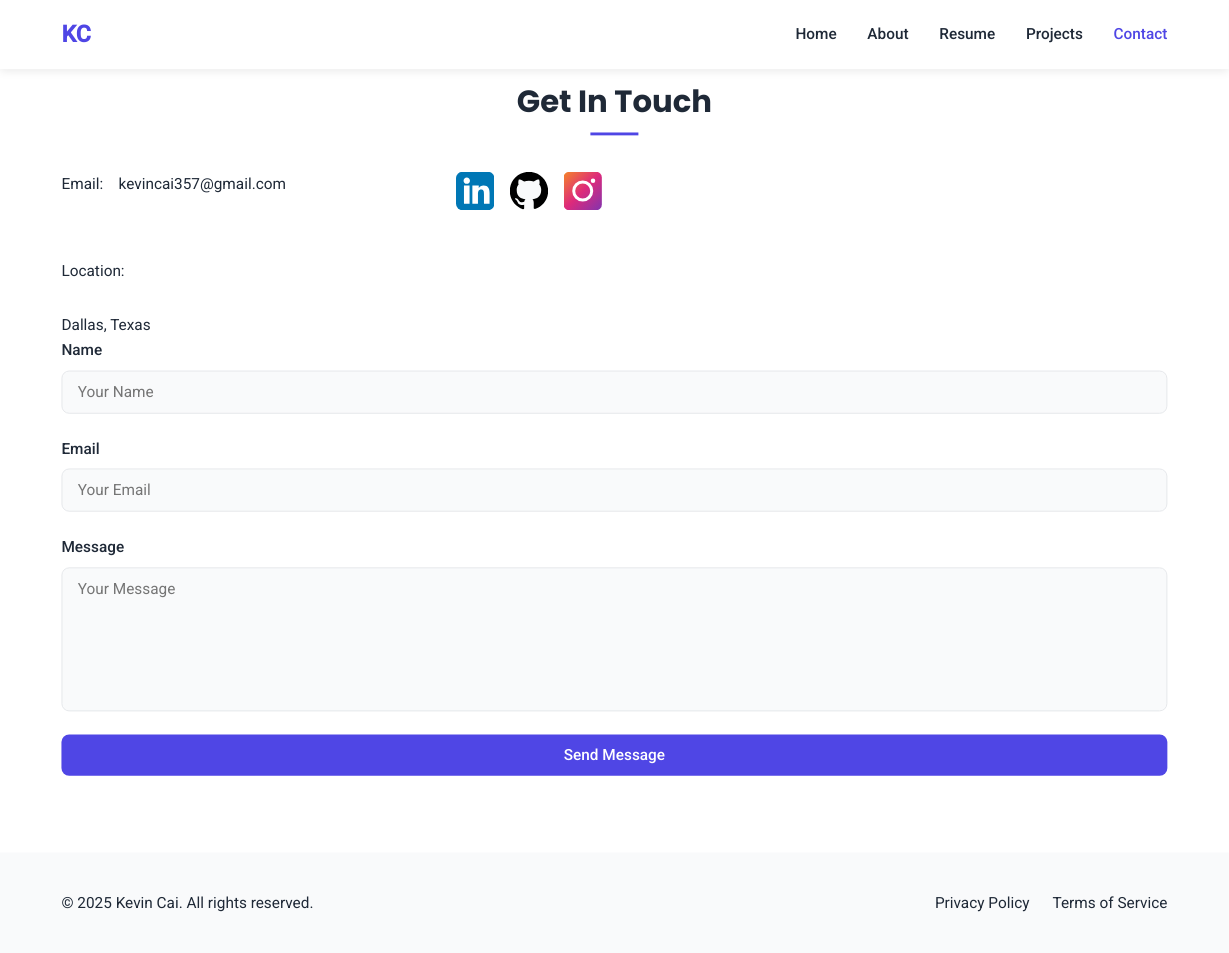
Repository: itskevbo/E-Portfolio
Page: pages/contact.html
The author's editor kept a copy of each file at every save. The page is drawn from the files as they stood at one save, then again after the next save.
The browser window is 1280 px wide. The pictures show the whole page, at 96% of full size.

Above is the page before, as saved 2025-04-22 23:03:13.

After the next save:
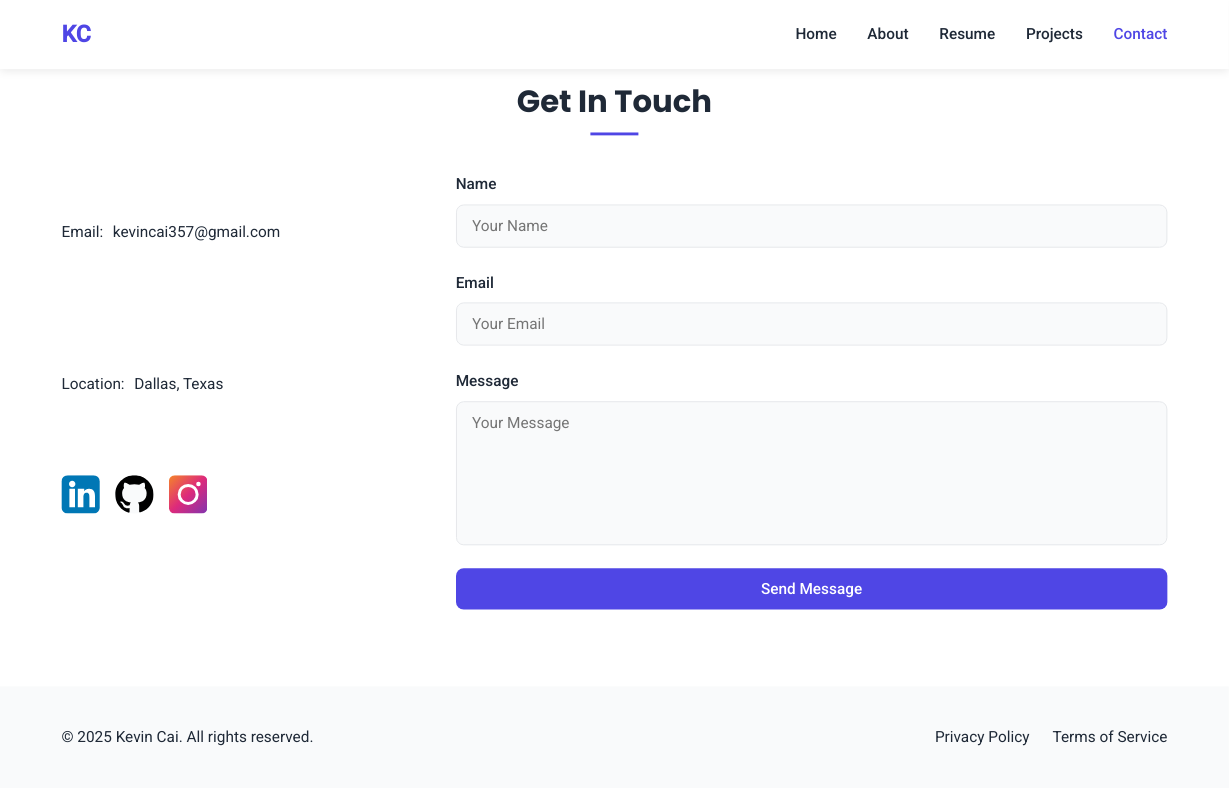
Saved 4 s later.
--- a/pages/contact.html
+++ b/pages/contact.html
@@ -50,11 +50,11 @@
                 <h2 class="section__title">Get In Touch</h2>
                 <div class="contact__content">
                     <div class="contact__info">
-                        <div class="contact__info-item">
+                        <div class="contact__info-item" style="display: flex; align-items: center; gap: 10px;">
                             <span class="icon">Email:</span>
                             <a href="mailto:kevincai357@gmail.com">kevincai357@gmail.com</a>
                         </div>
-                        <div class="contact__info-item"></div>
+                        <div class="contact__info-item" style="display: flex; align-items: center; gap: 10px;">
                             <span class="icon">Location:</span>
                             <span>Dallas, Texas</span>
                         </div>
